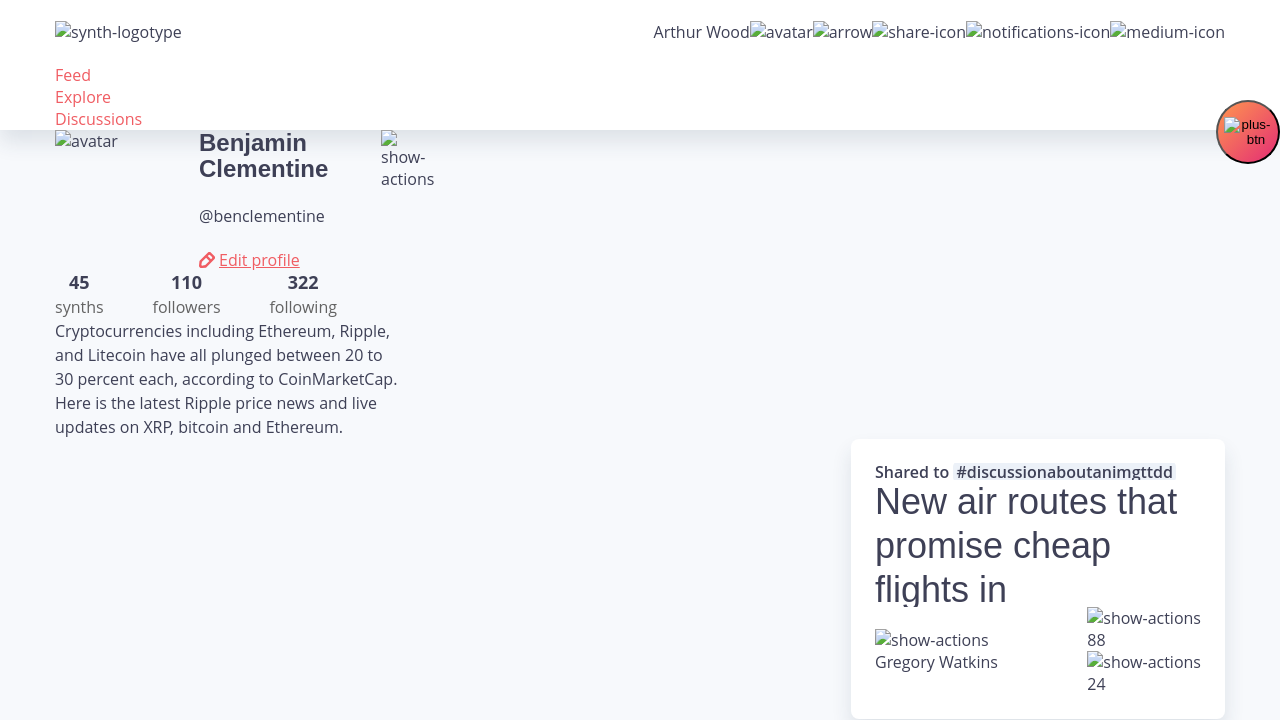
Repository: ecspetra/swivl-test-task
Page: index.html
The author's editor kept a copy of each file at every save. The page is drawn from the files as they stood at one save, then again after the next save.
The browser window is 1280 px wide. The pictures show the whole page.

Above is the page before, as saved 2021-12-09 21:03:00.

After the next save:
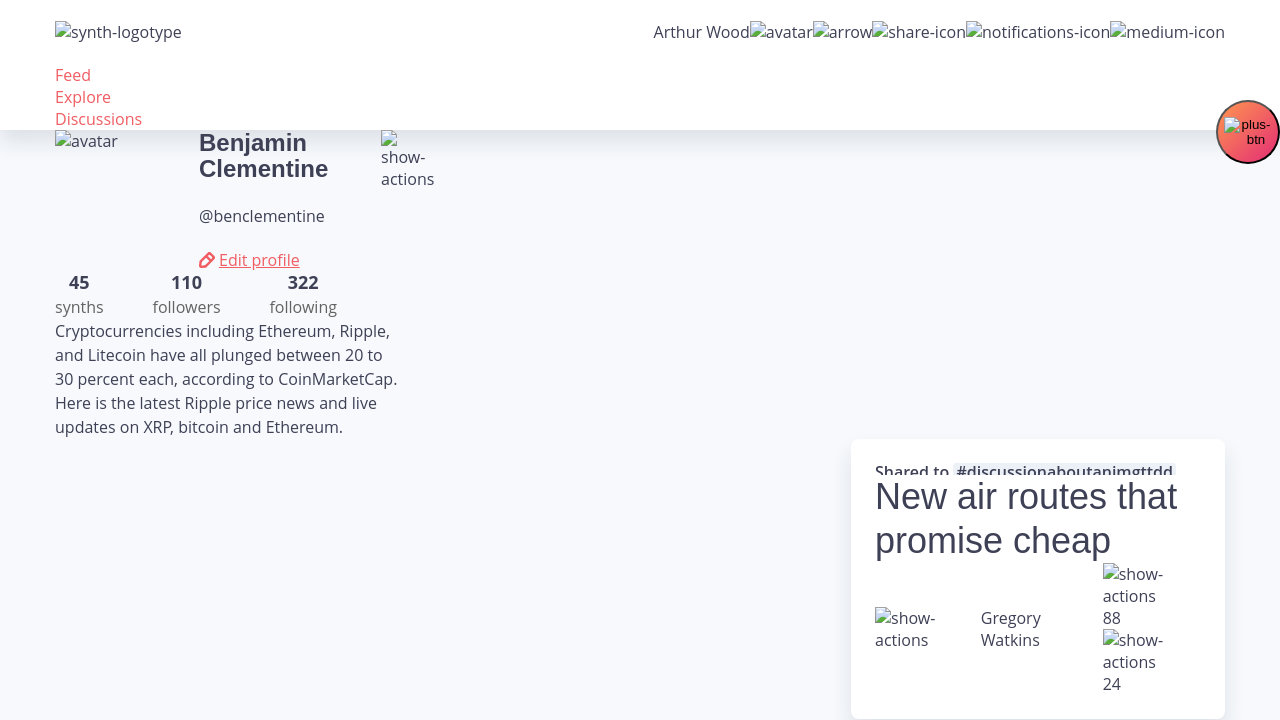
Saved 40 s later.
--- a/index.html
+++ b/index.html
@@ -85,7 +85,7 @@
                         <p class="profile-card__top">Shared to <span>#discussionaboutanimgttdd</span></p>
                         <h1 class="profile-card__headline">New air routes that promise cheap flights in</h1>
                         <div class="profile-card__bottom">
-                            <div class="">
+                            <div class="profile-card__author-wrapper">
                                 <div class="profile-card__dots-wrapper">
                                     <img class="profile-card__dots" src="" alt="show-actions">
                                 </div>
